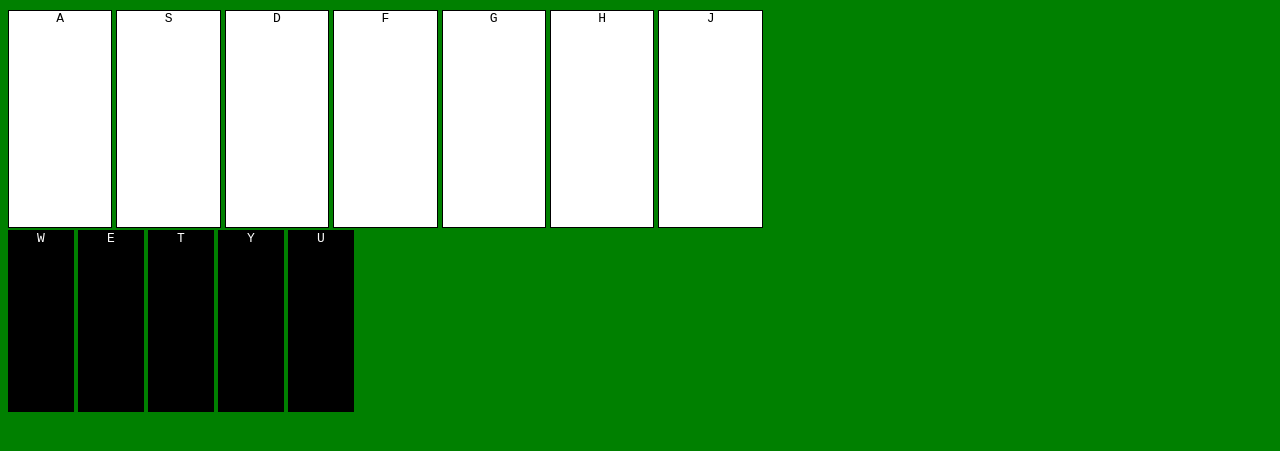
Repository: ctcoleman/Virtual-Piano
Page: index.html
These files come from the project's save history. The page is drawn as it stood at one moment and after the next save; the edit follows.
The browser window is 1280 px wide. The pictures show the whole page.

Above is the page before, as saved 2020-07-20 08:50:18.

### index.html
<!DOCTYPE html>
<html>

<head>
    <meta charset="utf-8">
    <link type="text/css" rel="stylesheet" href="./index.css">
    <title>Chris's Keyboard Piano</title>
</head>

<body>
    <div class="white-keys-container">
        <kbd class="white-key" id="KeyA">A</kbd>
        <kbd class="white-key" id="KeyS">S</kbd>
        <kbd class="white-key" id="KeyD">D</kbd>
        <kbd class="white-key" id="KeyF">F</kbd>
        <kbd class="white-key" id="KeyG">G</kbd>
        <kbd class="white-key" id="KeyH">H</kbd>
        <kbd class="white-key" id="KeyJ">J</kbd>
    </div>
    <div class="black-keys-container">
        <kbd class="black-key" id="KeyW">W</kbd>
        <kbd class="black-key" id="KeyE">E</kbd>
        <kbd class="black-key" id="KeyT">T</kbd>
        <kbd class="black-key" id="KeyY">Y</kbd>
        <kbd class="black-key" id="KeyU">U</kbd>
    </div>
    <script src="./index.js"></script>
</body>

</html>

### index.css
html {
    background: green;
    color: black;
    box-sizing: border-box;
}

.white-key-container {
    margin: 15vh 15vw;
    width: 70vw;
    position: relative;
}
.white-key {
    text-align: center;
    display: inline-block;
    width: 8vw;
    height: 30vh;
    background: white;
    border: 1px solid black;
}

.black-key-container {
    position: relative;
    z-index: 1;
    top: -30px;
    margin: 10vh 5vw;
    width: 70vw;
}
.black-key {
    text-align: center;
    display: inline-block;
    width: 5vw;
    height: 25vh;
    background: black;
    color: white;
    border: 1px solid black;
}

Loaded but not shown: index.js (no copy from this time; the picture is the same without it)

After the next save:
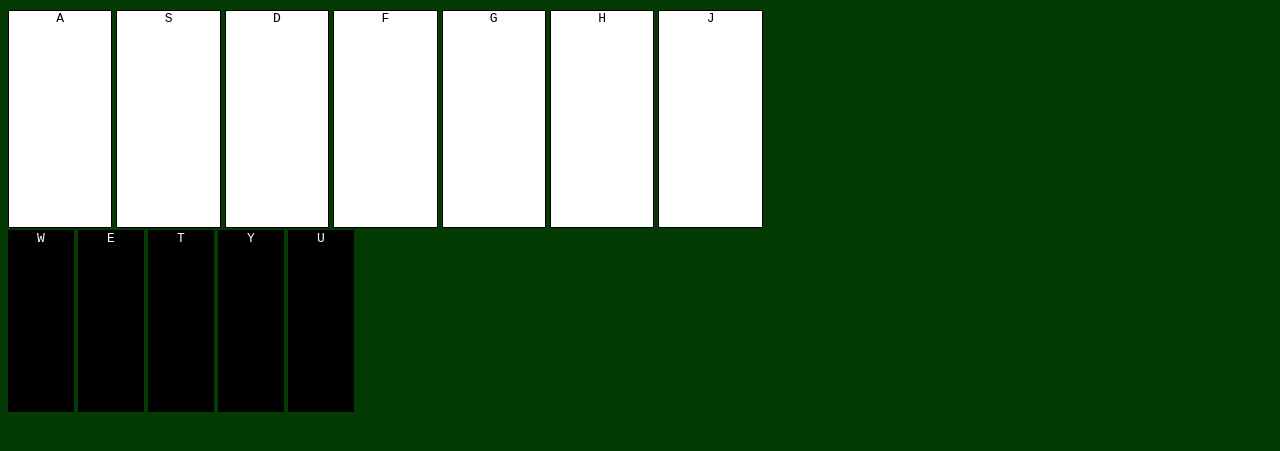
Saved 4 s later.
--- a/index.css
+++ b/index.css
@@ -1,5 +1,5 @@
 html {
-    background: green;
+    background: rgb(4, 58, 4);
     color: black;
     box-sizing: border-box;
 }
